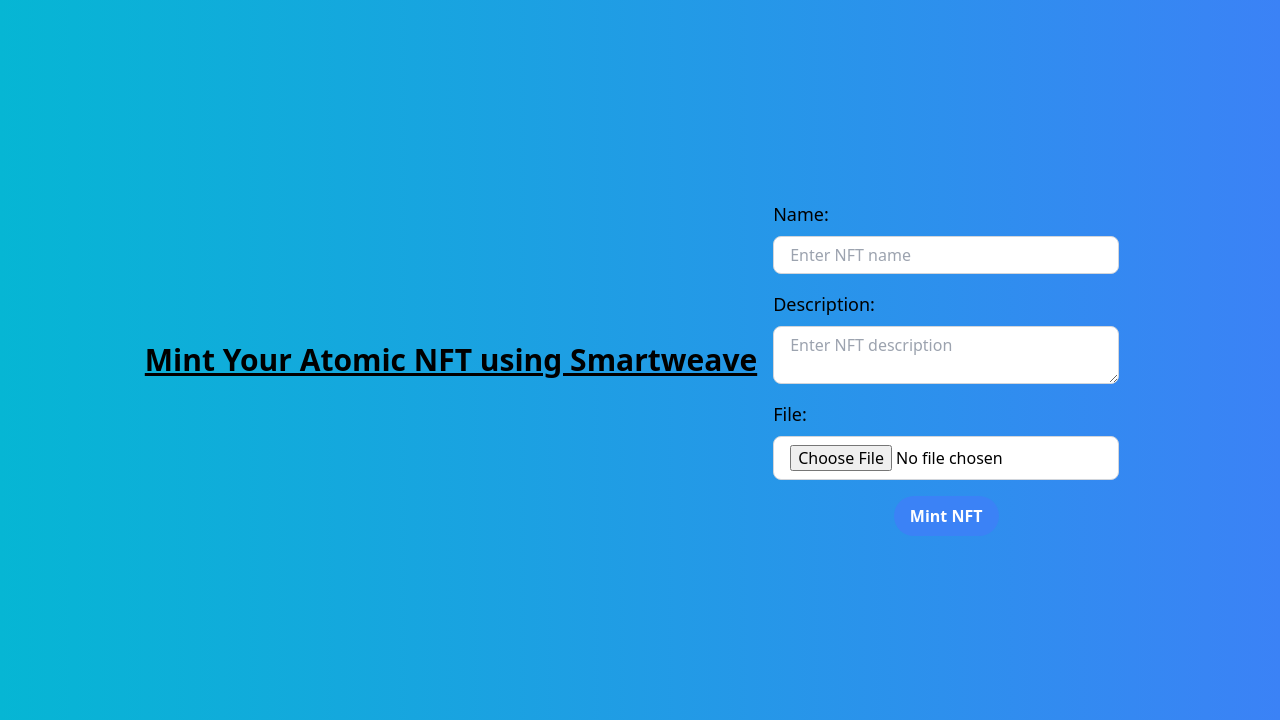
Repository: pawelpiwowarski/arweave-nft
Page: /
An editor plug-in stored every save of this project. The page is shown before and after the next save, followed by the edit.
The browser window is 1280 px wide. The pictures show the whole page.
The project was rebuilt for these pictures with package versions that can differ from the ones it lists, and the page was loaded fresh each time. The framework's server and built-in components were replaced by stand-ins that run in the browser.

Above is the page before, as saved 2023-01-30 15:03:13.

After the next save:
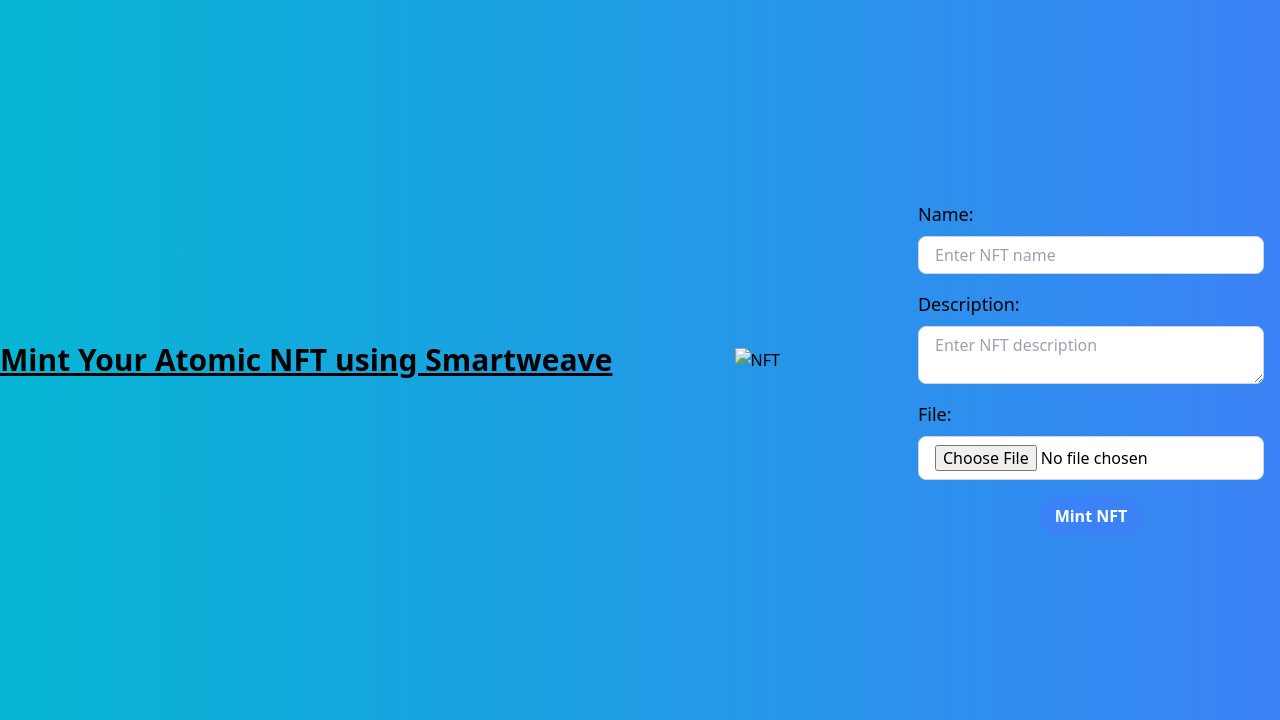
Saved 27 s later.
--- a/pages/index.tsx
+++ b/pages/index.tsx
@@ -51,6 +51,8 @@
 
 
       <h1 className="text-3xl font-bold underline" >Mint Your Atomic NFT using Smartweave </h1>
+      <img className="mx-auto" src={respoonse} alt="NFT" />
+
       <form>
   <div className="flex flex-col m-4">
     <label className="text-lg font-medium mb-2" >Name:</label>
@@ -89,7 +91,6 @@
   <div className="flex  flex-col m-4">
     <p className="text-lg font-medium mb-2" >  Your Atomic NFT has been sucessfully minted on the Arweave blockchain  you can see by clicking on this link <a target="_blank" href={respoonse}> {respoonse}</a></p>
 
-    <img className="mx-auto" src={respoonse} alt="NFT" />
 
 
 
